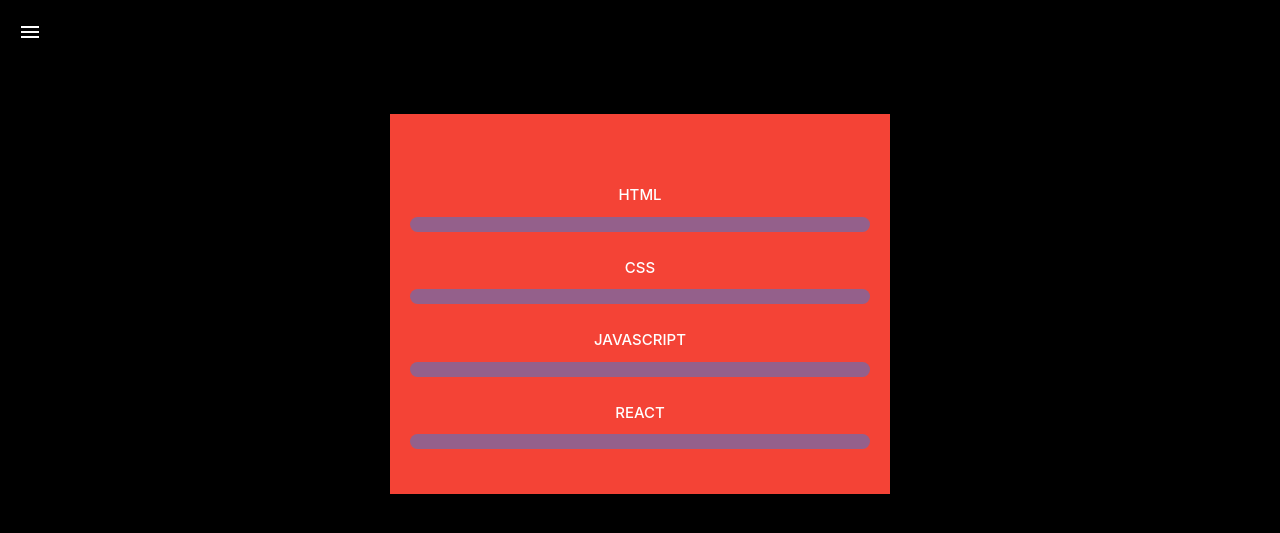
Repository: Ajtheult/portfolio.v3
Page: /skills
An editor plug-in stored every save of this project. The page is shown before and after the next save, followed by the edit.
The browser window is 1280 px wide. The pictures show the whole page.
Some web fonts or font styles are not loaded; a fallback is used. The project was rebuilt for these pictures with package versions that can differ from the ones it lists, and the page was loaded fresh each time. Also part of the build but not shown: src/components/layout/pages/Home.js, src/components/layout/pages/MyWork.js, src/components/layout/pages/Testimonials.js.

Above is the page before, as saved 2020-07-19 17:20:25.

### public/index.html
<!DOCTYPE html>
<html lang="en">
  <head>
    <meta charset="utf-8" />
    <link rel="icon" href="%PUBLIC_URL%/favicon.ico" />
    <meta name="viewport" content="width=device-width, initial-scale=1" />
    <meta name="theme-color" content="#000000" />
    <meta
      name="description"
      content="Web site created using create-react-app"
    />

    <link rel="manifest" href="%PUBLIC_URL%/manifest.json" />
    <link
      href="https://fonts.googleapis.com/css2?family=Marck+Script&display=swap"
      rel="stylesheet"
    />
    <link
      href="https://fonts.googleapis.com/css2?family=Gruppo&display=swap"
      rel="stylesheet"
    />
    <link rel="manifest" href="%PUBLIC_URL%/manifest.json" />

    <link
      rel="stylesheet"
      href="https://fonts.googleapis.com/icon?family=Material+Icons"
    />

    <link
      rel="stylesheet"
      href="https://use.fontawesome.com/releases/v5.7.2/css/all.css"
      integrity="sha384-fnmOCqbTlWIlj8LyTjo7mOUStjsKC4pOpQbqyi7RrhN7udi9RwhKkMHpvLbHG9Sr"
      crossorigin="anonymous"
    />
    <title>Portfolio.v3</title>
  </head>
  <body>
    <noscript>You need to enable JavaScript to run this app.</noscript>
    <div id="root"></div>
  </body>
</html>

### src/index.js
import React from "react";
import ReactDOM from "react-dom";
import App from "./App";
import "materialize-css/dist/css/materialize.min.css";

ReactDOM.render(
  <React.StrictMode>
    <App />
  </React.StrictMode>,
  document.getElementById("root")
);

### src/App.js
import React from "react";

import { Home } from "./components/layout/pages/Home";
import { Skills } from "./components/layout/pages/Skills";
import { MyWork } from "./components/layout/pages/MyWork";
import { Testimonials } from "./components/layout/pages/Testimonials";
import Navbar from "./components/layout/navbar/Navbar";

import { BrowserRouter as Router, Route, Switch } from "react-router-dom";
import "./App.css";

function App() {
  return (
    <Router>
      <div className="App">
        <Navbar />

        <Switch>
          <Route exact path="/portfolio-v3" component={Home} />
          <Route path="/skills" component={Skills} />
          <Route path="/mywork" component={MyWork} />
          <Route path="/testimonials" component={Testimonials} />
        </Switch>
      </div>
    </Router>
  );
}

export default App;

### src/components/layout/pages/Skills.js
import React from "react";
import "../../../App.css";
export const Skills = () => {
  return (
    <div class="containing_skills red">
      <ul>
        <li className="html skills_li">HTML</li>
        <li className="css skills_li">CSS</li>
        <li className="js skills_li">JavaScript</li>
        <li className="react skills_li">React</li>
      </ul>
    </div>
  );
};

### src/components/layout/navbar/Navbar.js
/* eslint-disable no-unused-vars */
import React, { Component } from "react";
import M from "materialize-css/dist/js/materialize.min.js";
import me from "./me.jpg";
import music from "./music.jpg";
import "../../../App.css";
import { Link } from "react-router-dom";

export class Navbar extends Component {
  componentDidMount() {
    document.addEventListener("DOMContentLoaded", function () {
      var elems = document.querySelectorAll(".sidenav");
      var instances = M.Sidenav.init(elems, {});
    });
  }

  render() {
    return (
      <div>
        <nav>
          <div className="nav-wrapper colour">
            <a
              href="#home"
              data-target="slide-out"
              className="sidenav-trigger show-on-large"
            >
              <i className="material-icons">menu</i>
            </a>
          </div>
        </nav>

        <ul id="slide-out" className="sidenav">
          <li>
            <div className="user-view">
              <div className="background">
                <img className="background_img" src={music} alt="img" />
              </div>

              <img className="circle" src={me} alt="img of me" />

              <span className="black-text name move_me">Asaph Franks</span>

              <span className="black-text email  move_me">
                Asaphfranksboi@gmail.com
              </span>
            </div>
            {/* Change font so that the name can be better read */}
          </li>
          <Link to="/portfolio-v3">
            <br />
            <li className="colour_of_nav">Home</li>
          </Link>{" "}
          <br />
          <Link to="/skills">
            <li className="colour_of_nav">Skills</li>
          </Link>
          <br />
          <Link to="/mywork">
            <li className="colour_of_nav">Work</li>
          </Link>
          <br />
          <Link to="/testimonials">
            <li className="colour_of_nav">Testimonials</li>
          </Link>
        </ul>
      </div>
    );
  }
}

export default Navbar;

### src/App.css
.App {
  text-align: center;
}

body {
  background-color: black;
  color: white;
}
.background_img {
  width: 100%;
  height: 100%;
}

.move_me {
  text-align: left;
}

.colour {
  background-color: black;
}

img.bg {
  /* Set rules to fill background */
  min-height: 100%;
  min-width: 1024px;

  /* Set up proportionate scaling */
  width: 100%;
  height: auto;

  /* Set up positioning */
  position: fixed;
  top: 0;
  left: 0;
  z-index: -1;
}

div.admin-bg {
  /* Set up positioning */
  position: fixed;
  top: 0;
  left: 0;
  z-index: -1;
  background-color: black;
}

@media screen and (max-width: 1024px) {
  /* Specific to this particular image */
  img.bg {
    left: 50%;
    margin-left: -512px; /* 50% */
  }
}

.intro_name_top {
  font-family: "Marck Script", cursive;
  font-size: 130px;
  color: black;
  text-shadow: 2px 0 0 #fff, -2px 0 0 #fff, 0 2px 0 #fff, 0 -2px 0 #fff,
    1px 1px #fff, -1px -1px 0 #fff, 1px -1px 0 #fff, -1px 1px 0 #fff;
}
.testimonial_title {
  font-family: "Marck Script", cursive;
  color: black;
  font-size: 80px;
  text-shadow: 2px 0 0 #fff, -2px 0 0 #fff, 0 2px 0 #fff, 0 -2px 0 #fff,
    1px 1px #fff, -1px -1px 0 #fff, 1px -1px 0 #fff, -1px 1px 0 #fff;
}

.intro_name_bottom {
  font-size: 60px;
  color: #000000;
  font-weight: bold;
  text-shadow: 2px 0 0 #fff, -2px 0 0 #fff, 0 2px 0 #fff, 0 -2px 0 #fff,
    1px 1px #fff, -1px -1px 0 #fff, 1px -1px 0 #fff, -1px 1px 0 #fff;
  font-family: "Gruppo", cursive;
}

.logos {
  text-align: left;
  font-size: 30px;
}

.contact-title {
  margin-top: -5px;
  font-family: "Marck Script", cursive;
  font-size: 90px;
  color: black;
  text-shadow: 2px 0 0 #fff, -2px 0 0 #fff, 0 2px 0 #fff, 0 -2px 0 #fff,
    1px 1px #fff, -1px -1px 0 #fff, 1px -1px 0 #fff, -1px 1px 0 #fff;
}

.about-title {
  margin-top: 1px;
  font-family: "Marck Script", cursive;
  font-size: 80px;
  color: black;
  text-shadow: 2px 0 0 #fff, -2px 0 0 #fff, 0 2px 0 #fff, 0 -2px 0 #fff,
    1px 1px #fff, -1px -1px 0 #fff, 1px -1px 0 #fff, -1px 1px 0 #fff;
}

.student_bio {
  margin-top: 2%;
  font-size: 23px;
}

.big_frontend {
  font-size: 40px;
  font-family: "Gruppo", cursive;
}

.move_the_name {
  margin-top: -12px;
  font-size: 20px;
  font-weight: bold;
}

.enlarge_paragraph {
  font-size: 22px;
  font-family: "Times New Roman", Times, serif;
}

.my_info {
  font-size: 30px;
  text-align: left;
  font-family: "Gruppo", cursive;
}

.my_info_2 {
  font-size: 20px;
  text-align: left;
  line-height: 8px;
  font-family: "Times New Roman", Times, serif;
}

.my_info_3 {
  font-size: 25px;
  text-align: left;
  line-height: 8px;
  font-family: "Times New Roman", Times, serif;
}

.black_text {
  color: black;
}

.passion_heading {
  text-align: center;
  font-family: "Marck Script", cursive;
  font-size: 45px;
}

.passion_content {
  font-family: "Gruppo", cursive;
  font-weight: bold;
  line-height: 25px;
}

.margin_on_top {
  margin-top: 1px;
  font-size: 20px;
  font-family: "Marck Script", cursive;
  font-weight: bold;
}

.my_work_desc {
  font-size: 20px;
  font-family: "Times New Roman", Times, serif;
}

.my_work_title {
  font-family: "Gruppo", cursive;
  color: black;
  font-size: 30px;
  text-shadow: 2px 0 0 rgb(0, 0, 0), -2px 0 0 rgb(0, 0, 0), 0 2px 0 #fff,
    0 -2px 0 #fff, 1px 1px #fff, -1px -1px 0 #fff, 1px -1px 0 #fff,
    -1px 1px 0 #fff;
}

.link-size {
  font-size: 40px;
  margin-top: -40px;
  padding: 1%;
  text-align: left;
  margin-left: 60px;
  font-family: "Gruppo", cursive;
  color: blue;
}

.button_margin {
  margin-top: 5px;
}

.work_title {
  font-family: "Marck Script", cursive;
  color: black;
  font-size: 50px;
  text-shadow: 2px 0 0 #fff, -2px 0 0 #fff, 0 2px 0 #fff, 0 -2px 0 #fff,
    1px 1px #fff, -1px -1px 0 #fff, 1px -1px 0 #fff, -1px 1px 0 #fff;
}

.colour_of_nav {
  color: black;
  margin-top: -30px;
}

.style_for_landingpage {
  margin-left: 15.5%;
  margin-top: 6%;
  position: absolute;
  padding: 50px;
  width: 70%;
  transform: "translate(-50%, -50%)";
}

.containing_skills {
  width: 500px;
  margin: 50px auto 0;
  padding: 20px;
}

.skills_li {
  position: relative;
  list-style: none;
  margin: 50px 0;
  font-weight: 500;
  text-transform: uppercase;
}

.skills_li:before {
  content: "";
  position: absolute;
  top: calc(100% + 10px);
  left: 0;
  width: 100%;
  height: 15px;
  background-color: rgba(54, 126, 223, 0.5);
  border-radius: 1000px;
}

.skills_li:after {
  content: "";
  position: absolute;
  top: calc(100% + 10px);
  left: 0;
  width: 0;
  height: 15px;
  background-color: rgba(54, 126, 223, 1);
  border-radius: 1000px;
  animation-duration: 0.7s;
  animation-timing-function: ease;
  animation-fill-mode: forwards;
}

.html:after {
}

After the next save:
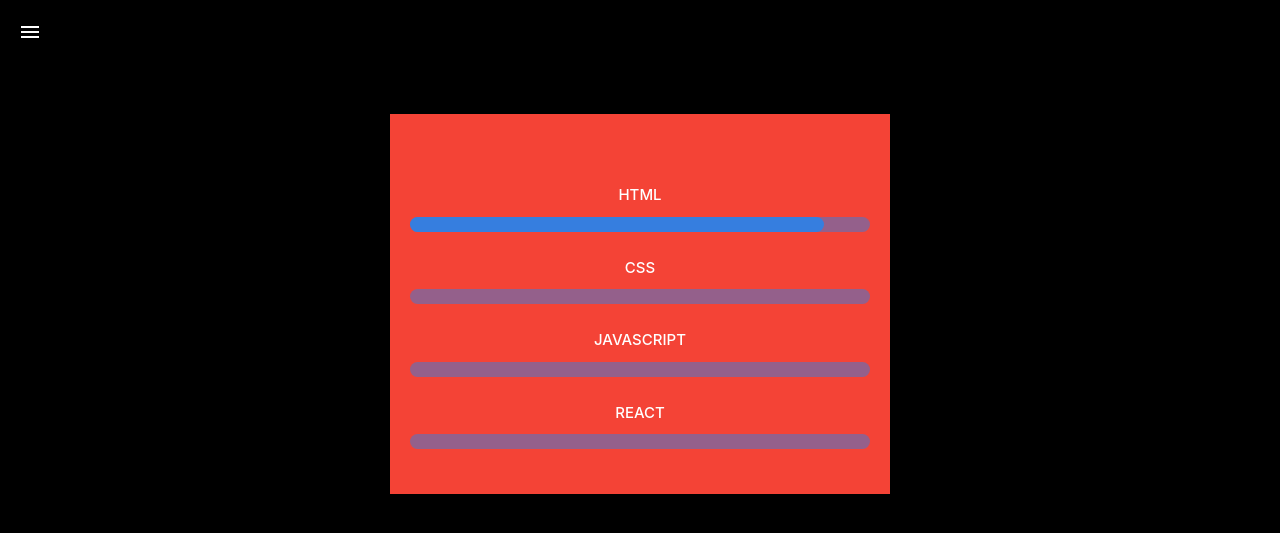
Saved 8 min 18 s later.
--- a/src/App.css
+++ b/src/App.css
@@ -253,4 +253,11 @@ div.admin-bg {
 }
 
 .html:after {
-}
+  animation-name: html;
+}
+
+@keyframes html {
+  to {
+    width: 90%;
+  }
+}
